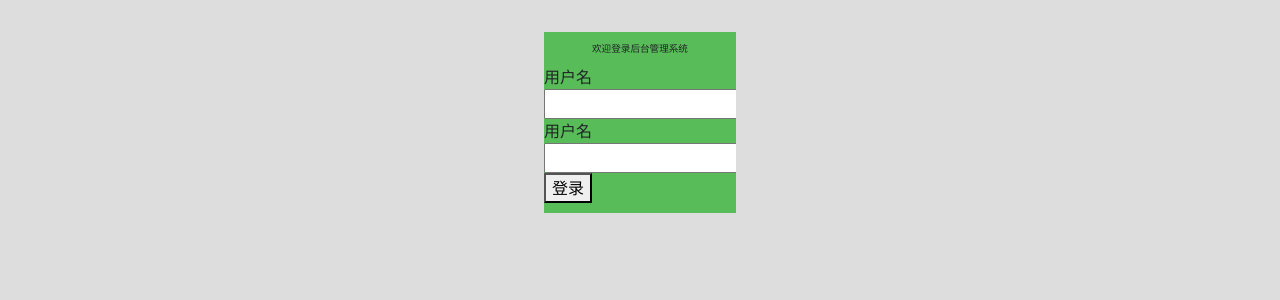
Repository: gzh51904/baiyangApp
Page: / (app in houtai/Vue-admin/)
The author's editor kept a copy of each file at every save. The page is drawn from the files as they stood at one save, then again after the next save.
The browser window is 1280 px wide. The pictures show the whole page.
The project was rebuilt for these pictures with package versions that can differ from the ones it lists, and the page was loaded fresh each time. Also part of the build but not shown: houtai/Vue-admin/vue.config.js.

Above is the page before, as saved 2019-05-11 10:46:31.

After the next save:
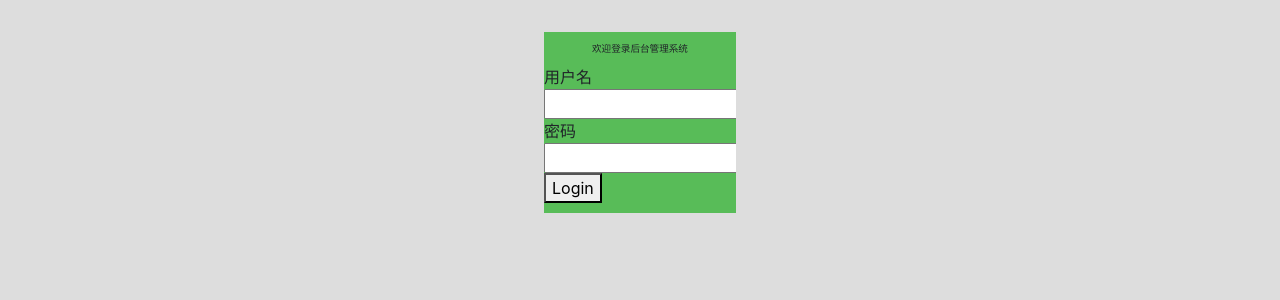
Saved 71 s later.
--- a/houtai/Vue-admin/src/pages/login.vue
+++ b/houtai/Vue-admin/src/pages/login.vue
@@ -7,11 +7,11 @@
             <input type="text" id="username">
         </div>
         <div>
-              <span>用户名</span>
-            <input type="text" id="username">
+              <span>密码</span>
+            <input type="password" id="password">
         </div>
         <div>
-            <button>登录</button>
+            <button>Login</button>
         </div>
     </div>
 
